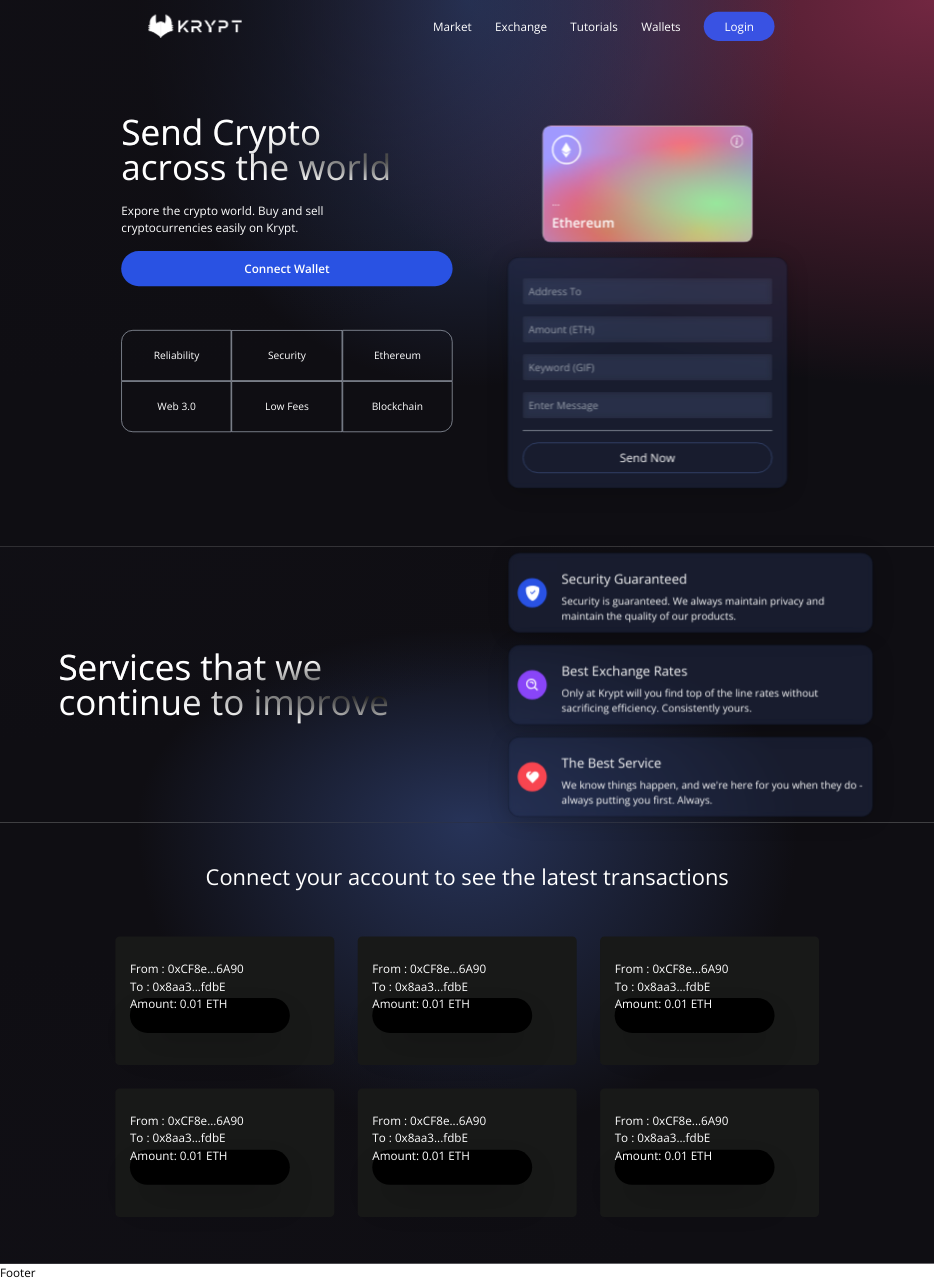
Repository: stephan-chiorean/krypt
Page: / (app in client/)
An editor plug-in stored every save of this project. The page is shown before and after the next save, followed by the edit.
The browser window is 1280 px wide. The pictures show the whole page, at 73% of full size.
The project was rebuilt for these pictures with package versions that can differ from the ones it lists, and the page was loaded fresh each time. Also part of the build but not shown: client/vite.config.js, client/src/components/Loader.jsx.

Above is the page before, as saved 2023-03-29 21:05:27.

After the next save:
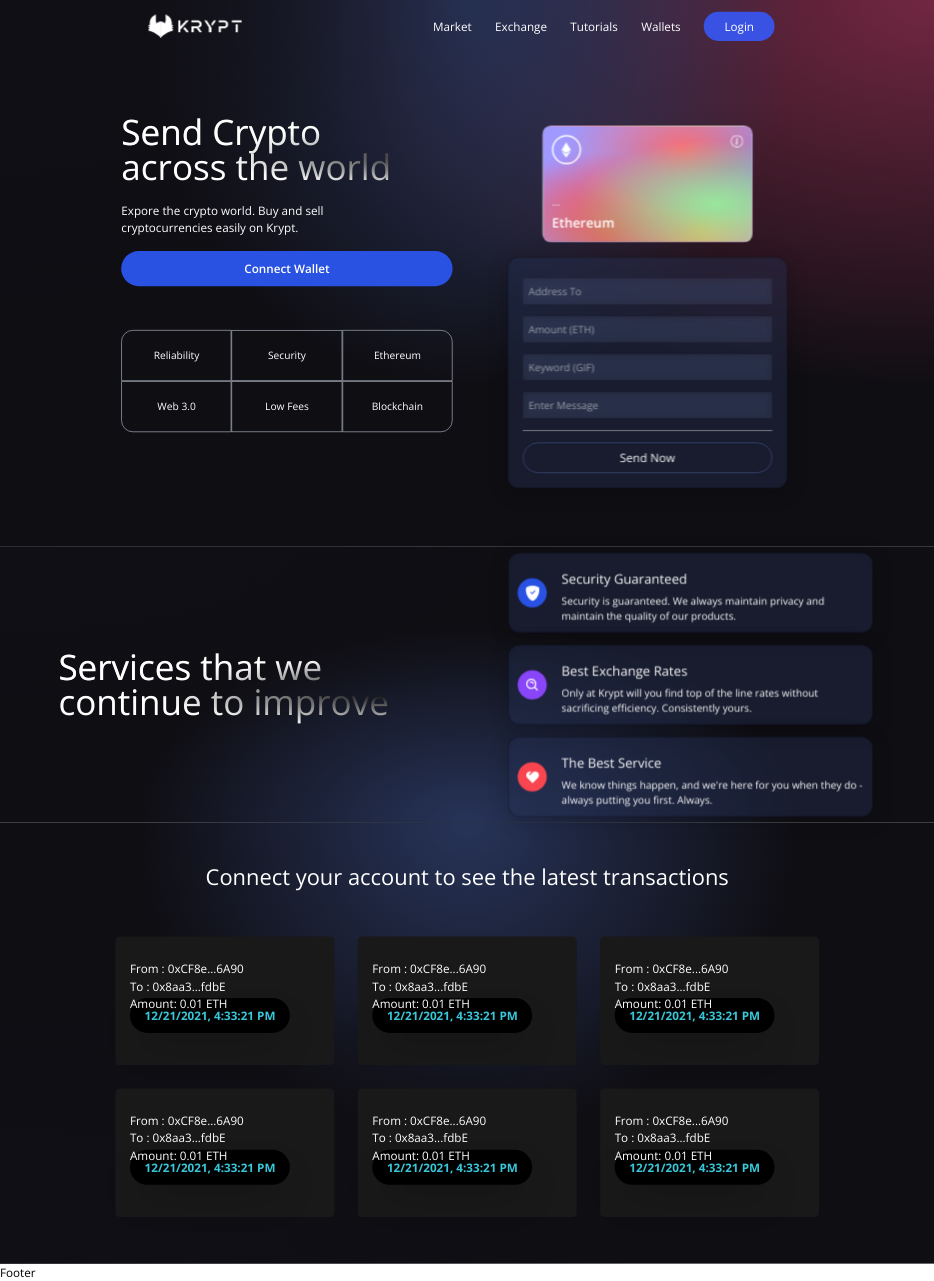
Saved 9 s later.
--- a/client/src/components/Transactions.jsx
+++ b/client/src/components/Transactions.jsx
@@ -26,7 +26,7 @@ const TransactionCard = ({addressTo, addressFrom, timestamp, message, keyword, a
         )}
 
         <div className="bg-black p-3 px-5 w-max rounded-3xl -mt-5 shadow-2xl">
-          <p className="text-[#37c7da font-bold">
+          <p className="text-[#37c7da] font-bold">
             {timestamp}
           </p>
         </div>
